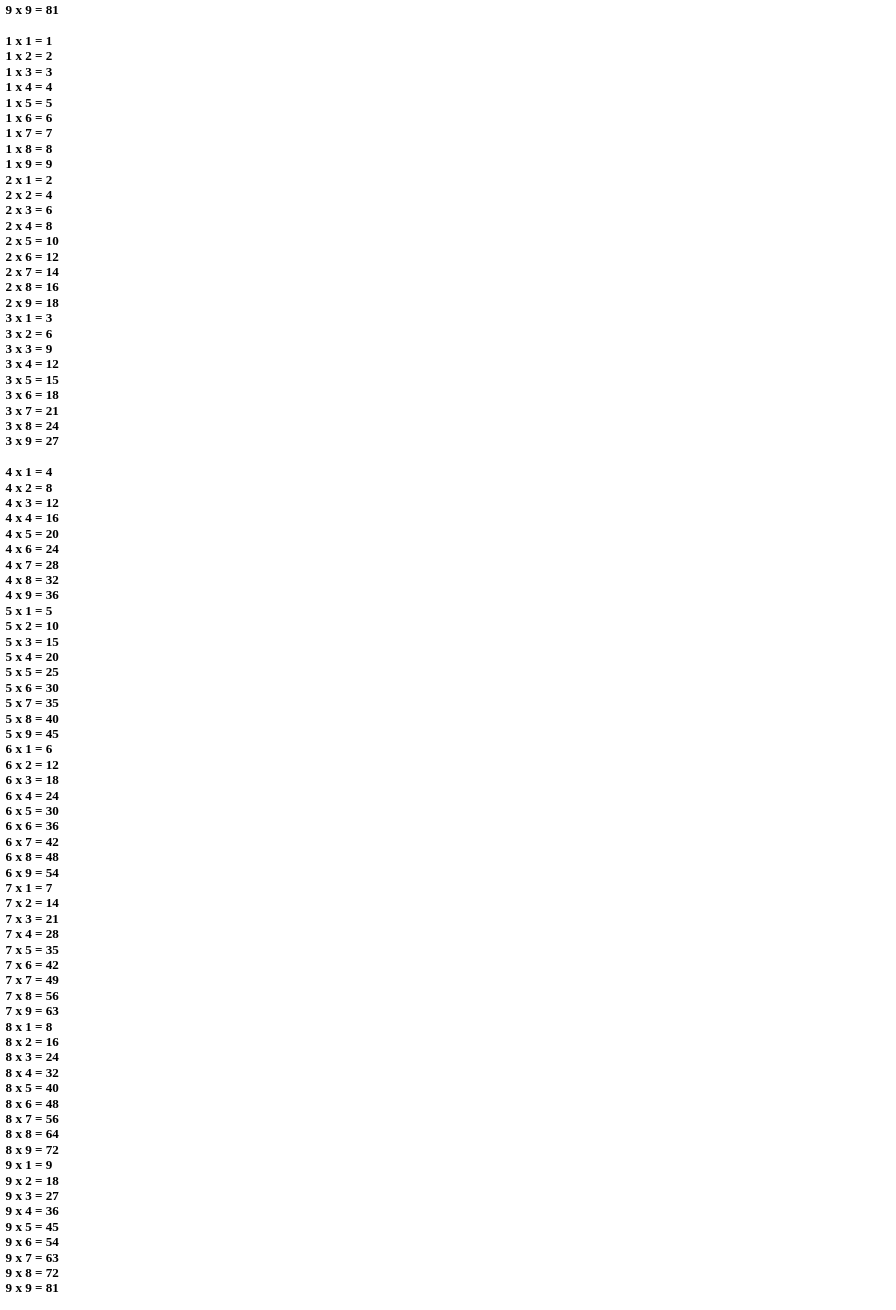
Repository: hyejux/jsp
Page: http://localhost/JSPBasic/jspTag/script02.jsp
The author's editor kept a copy of each file at every save. The page is drawn from the files as they stood at one save, then again after the next save.
The browser window is 1280 px wide. The pictures show the part of the page from y = 2395 to 4315 px (the page is 4266 px tall before and 4442 px after), at 70% of full size.
The page is served by Tomcat 10.

Above is the page before, as saved 2024-06-25 02:17:31.

After the next save:
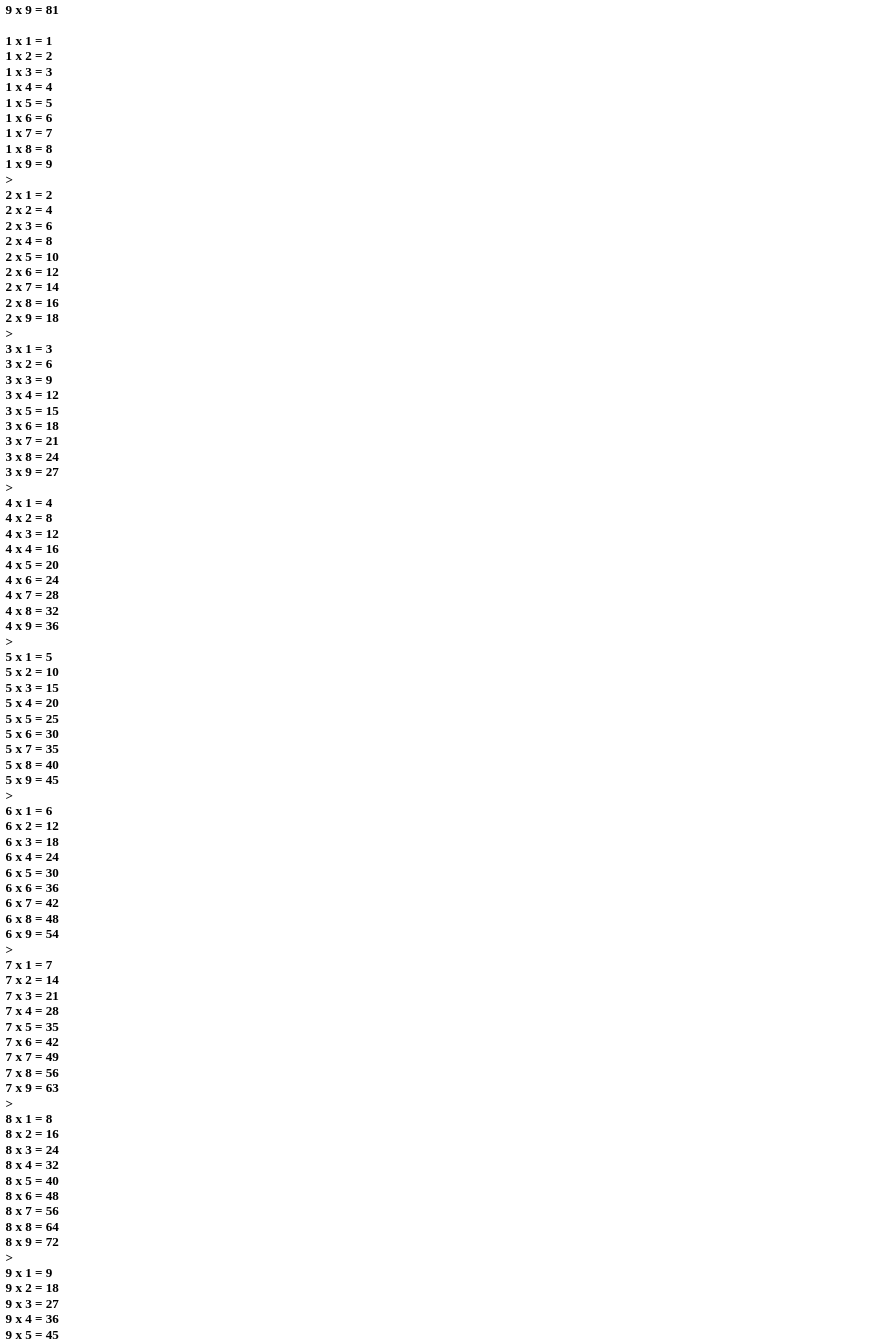
Saved 12 s later.
--- a/JSPBasic/src/main/webapp/jspTag/script02.jsp
+++ b/JSPBasic/src/main/webapp/jspTag/script02.jsp
@@ -42,10 +42,9 @@
 	 <% for (int i = 1; i<=9; i++) { %>
 	 <% for (int j = 1; j<=9; j++) { %>
 	<%= i %> x <%= j %> = <%= i*j %><br>
-	 <%  } count++;%>
-	 <% if (count == 3) {%>
+	 <%  } %>>
 	  <br>
-	 <% } } %>
+	 <% } %>
 
 
 </body>
